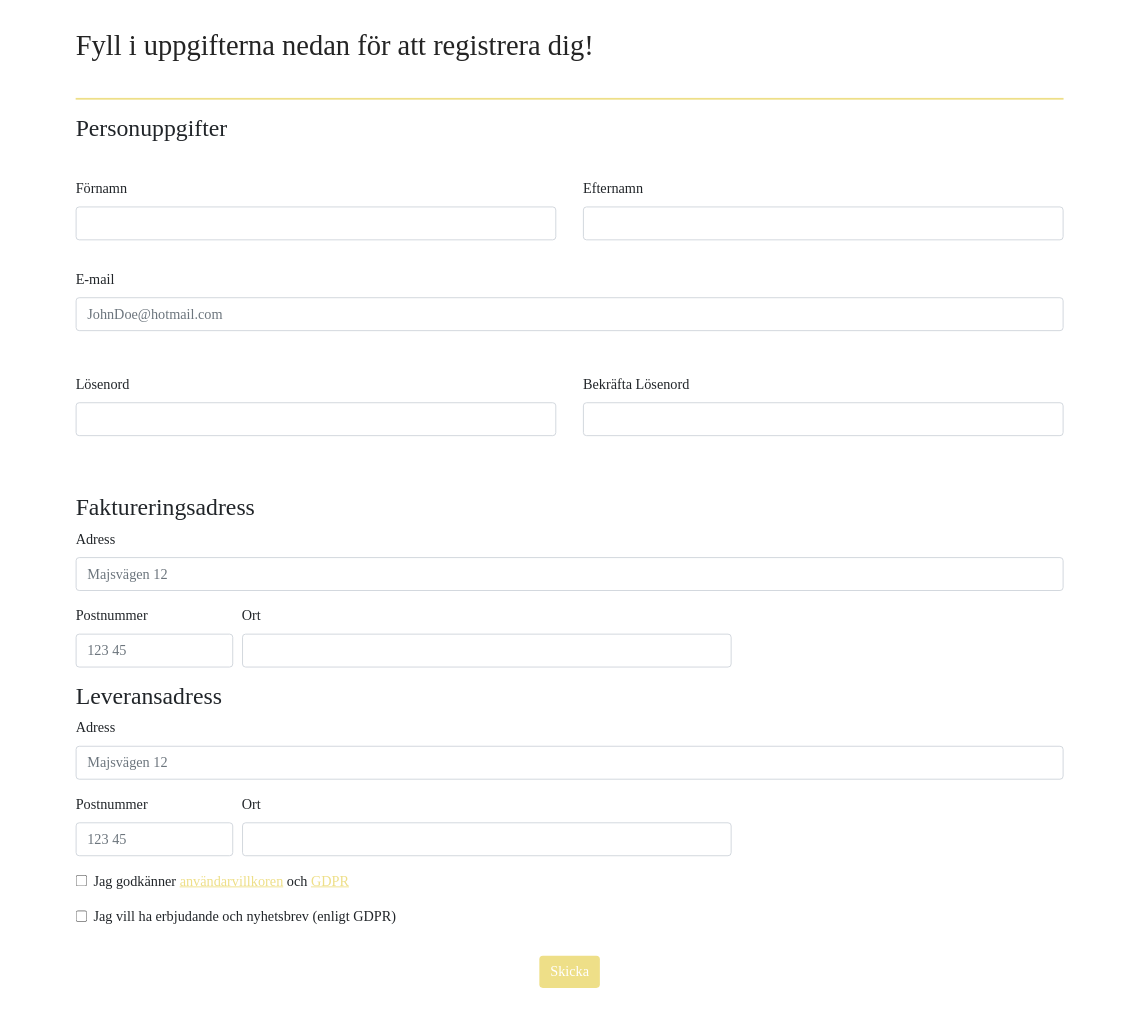
Repository: skepp4rn/Liamsuppgift3
Page: index.html
An editor plug-in stored every save of this project. The page is shown before and after the next save, followed by the edit.
The browser window is 1280 px wide. The pictures show the whole page, at 89% of full size.
Some web libraries are served in a nearby version.

Above is the page before, as saved 2020-12-06 13:30:15.
Console error (its wording comes from the project's code and is left out).

After the next save:
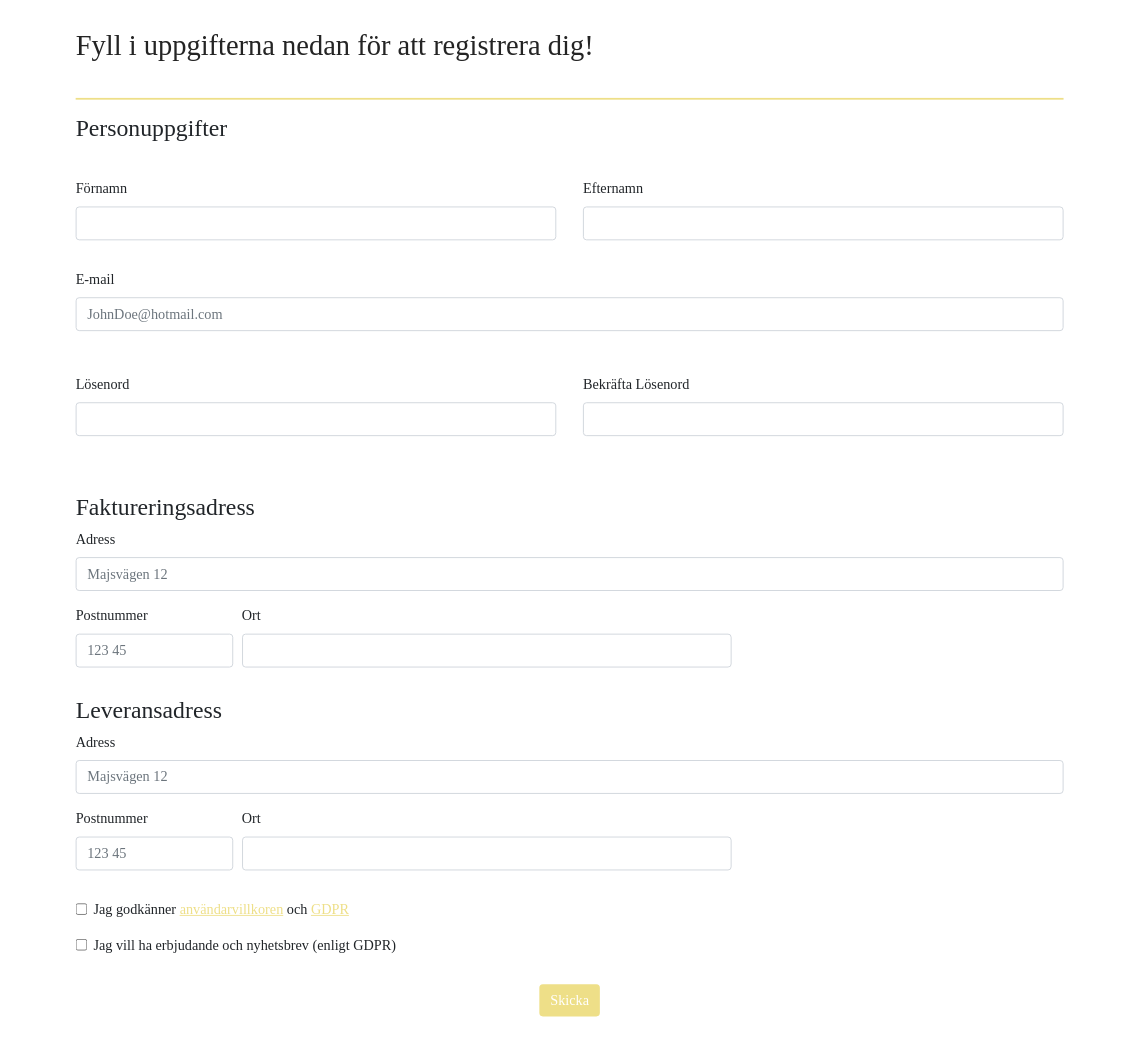
Saved 19 s later.
--- a/css/style.css
+++ b/css/style.css
@@ -21,7 +21,7 @@ h3{font-size:20pt}.container{width:95vw;margin:auto}
 .button-center{padding-top:1rem;display:flex;justify-content:center}
 .colorbutton{background-color:#eedf88;border:none}
 .line1{height:2px;background-color:#eedf88;margin-bottom:1rem}
-.bottenspace{margin-bottom:2rem}
+.bottom{margin-bottom:2rem}
 .linktext{color:#eedf88;text-decoration:underline}
 .thanks{border:2px solid #eedf88;border-radius:10px;display:grid;grid-template-columns:1fr;grid-template-rows:3fr 1fr;justify-items:center;margin-top:8rem}
 .thankyou{text-align:center;padding:2rem}
